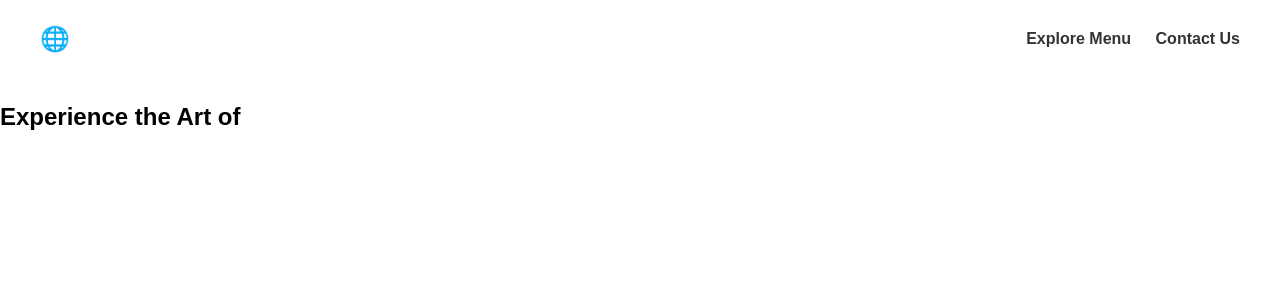
Repository: Femi007-gh/experience
Page: index.html
An editor plug-in stored every save of this project. The page is shown before and after the next save, followed by the edit.
The browser window is 1280 px wide. The pictures show the whole page.

Above is the page before, as saved 2025-01-13 07:32:10.

After the next save:
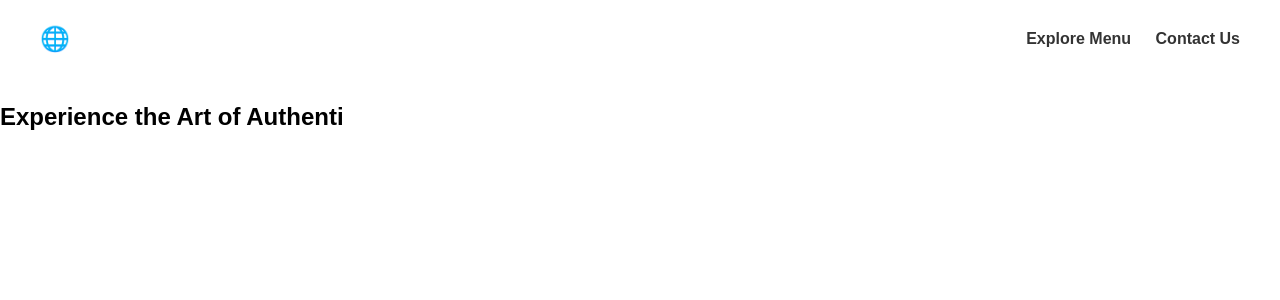
Saved 5 s later.
--- a/index.html
+++ b/index.html
@@ -13,7 +13,7 @@
     </header>
     <main>
       <section class="hero">
-        <h1>Experience the Art of </h1>
+        <h1>Experience the Art of Authenti</h1>
       </section>
     </main>
   </body>
